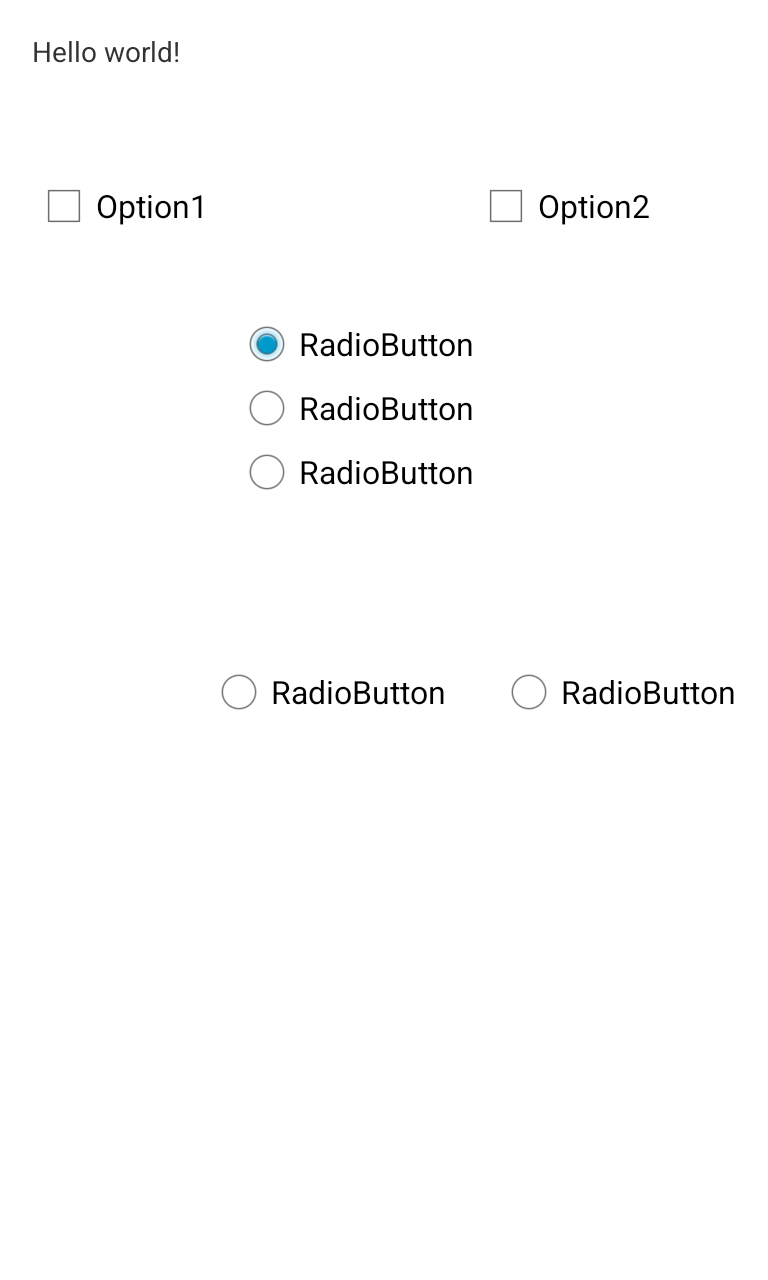
Repository: MadhuHS/BMAA1
Layout: CheckBox/res/layout/activity_main.xml
These files come from the project's save history. The layout is drawn as it stood at one moment and after the next save; the edit follows.
It is drawn on a 768 x 1280 px phone screen (xhdpi) without system bars, with theme AppTheme; the app's code is not run.

Above is the layout before, as saved 2016-03-25 08:14:56.

After the next save:
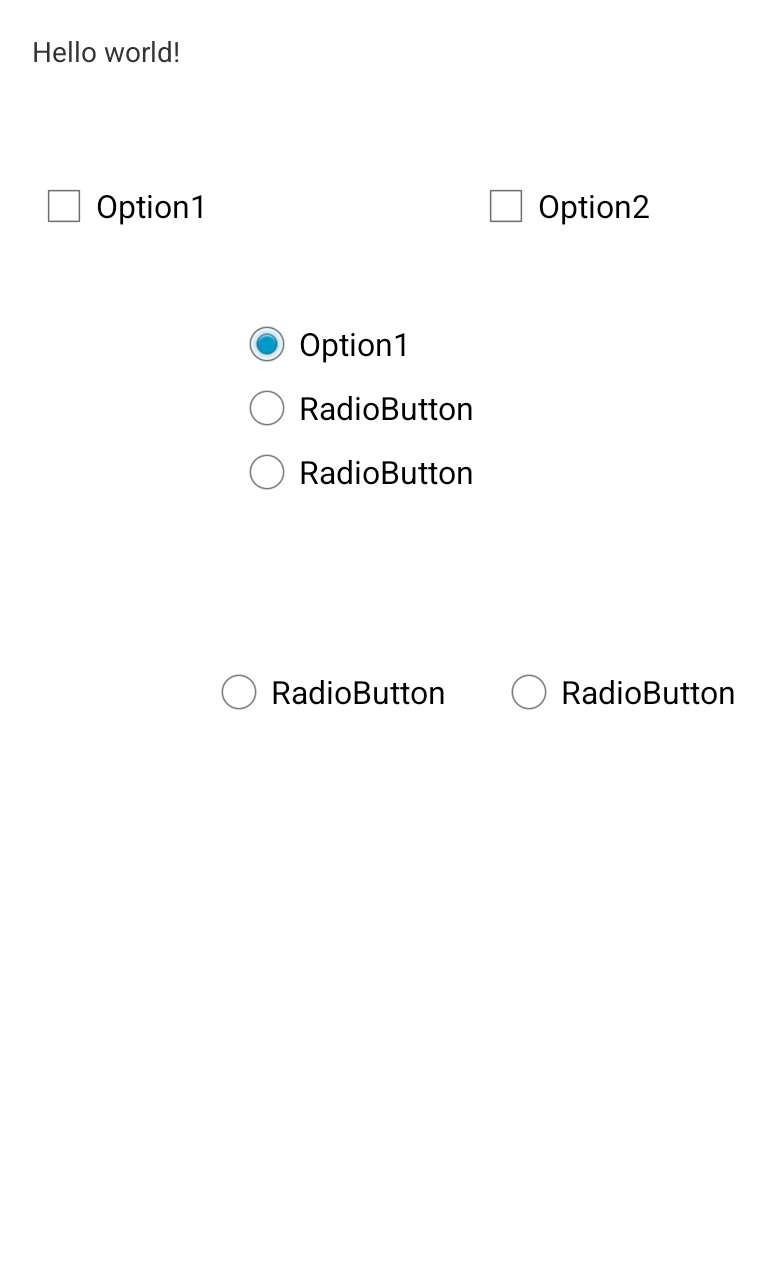
Saved 113 s later.
--- a/CheckBox/res/layout/activity_main.xml
+++ b/CheckBox/res/layout/activity_main.xml
@@ -46,7 +46,7 @@
             android:layout_width="wrap_content"
             android:layout_height="wrap_content"
             android:checked="true"
-            android:text="RadioButton" />
+            android:text="Option1" />
 
         <RadioButton
             android:id="@+id/radio1"
